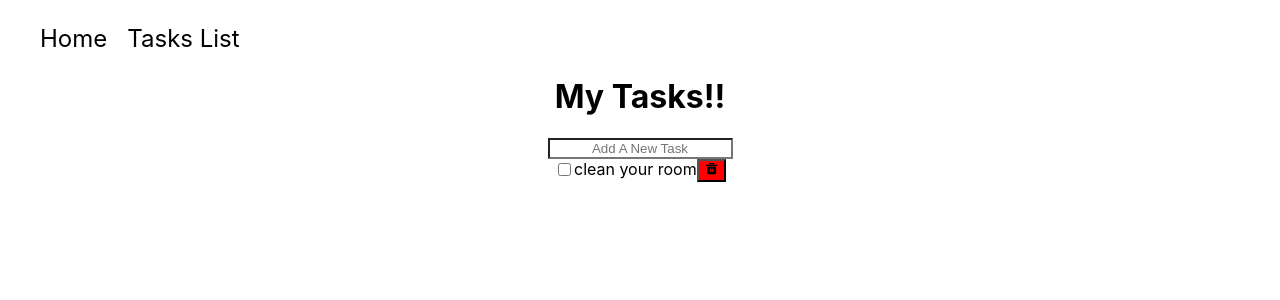
Repository: runner855/abstract_todolist
Page: /
An editor plug-in stored every save of this project. The page is shown before and after the next save, followed by the edit.
The browser window is 1280 px wide. The pictures show the whole page.
The project was rebuilt for these pictures with package versions that can differ from the ones it lists, and the page was loaded fresh each time.

Above is the page before, as saved 2022-11-09 12:17:19.

### src/App.tsx
import React, { useState, useEffect } from "react";
import { Header } from "./Header";
import { RiDeleteBin5Fill } from "react-icons/ri";

import "./App.css";
import { doesNotMatch } from "assert";

export const App = () => {
  const todos = [
    {
      done: false,
      task: "clean your room",
    },
  ];

  type TodosProps = {
    done: boolean;
    task: string;
  };

  const [value, setValue] = useState<string>("");
  // const [list, setList] = useState<string[]>([]);
  const [tasks, setTasks] = useState<TodosProps[]>(todos);

  return (
    <div className="App">
      <Header />
      <h1>My Tasks!!</h1>
      <div className="textbox">
        <input
          type="text"
          placeholder="Add A New Task"
          onChange={(e) => setValue(e.target.value)}
          value={value}
        ></input>

        {/* <button className="addtask"
          onClick={() => {
            setList([...list, value]);
            setValue("");
          }}
        >
          Submit
        </button> */}

        <div className="todo-container">
          {todos.map((item, index) => {
            return (
              <div className={`single-task `} key={`${item.task}-${index}`}>
                <input
                  type="checkbox"
                  checked={item.done}
                  onChange={() => setTasks([{ ...item, done: item.done }])}
                />
                {item.task}

                <button className="delete">
                  <RiDeleteBin5Fill onClick={() => console.log("delete")} />
                </button>
              </div>
            );
          })}
        </div>
      </div>
    </div>
  );
};

### src/Header.tsx
import * as React from "react";
import "./Header.css";

export const Header = () => {
  return (
    <div className="home">
      <ul>
        <li>Home</li>
        <li>Tasks List</li>
      </ul>
    </div>
  );
};

### src/App.css
h1{
  text-align: center;
}

input {
  text-align: center;
  border-radius: 0em;
}

.textbox{
  text-align: center;
}

.addtask {
  border-radius: 0em 0.5em 0.5em 0em;
}

.delete{
background-color: red;

}

### src/Header.css
ul{
   text-align: left;
   list-style: none;
   font-size: 1.5em;
   display: flex;

}
ul li {
    margin-right: 20px;
}

Loaded but not shown: public/index.html (common file); src/index.tsx (common file); src/index.css (common file)

After the next save:
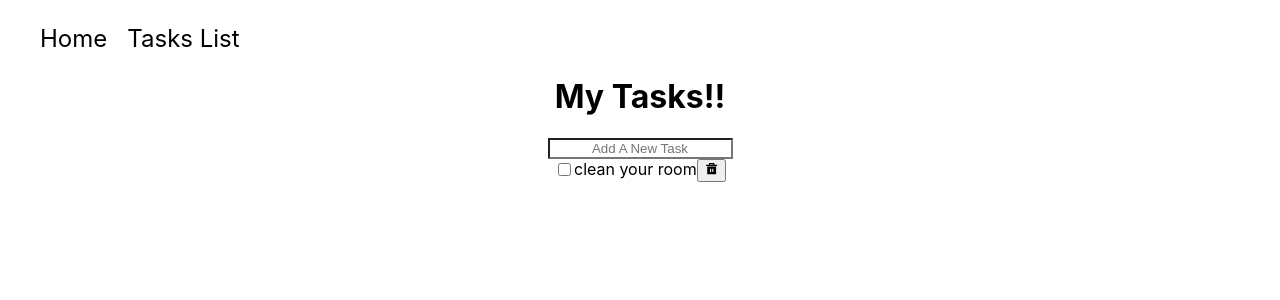
Saved 21 s later.
--- a/src/App.css
+++ b/src/App.css
@@ -14,8 +14,3 @@ input {
 .addtask {
   border-radius: 0em 0.5em 0.5em 0em;
 }
-
-.delete{
-background-color: red;
-
-}
